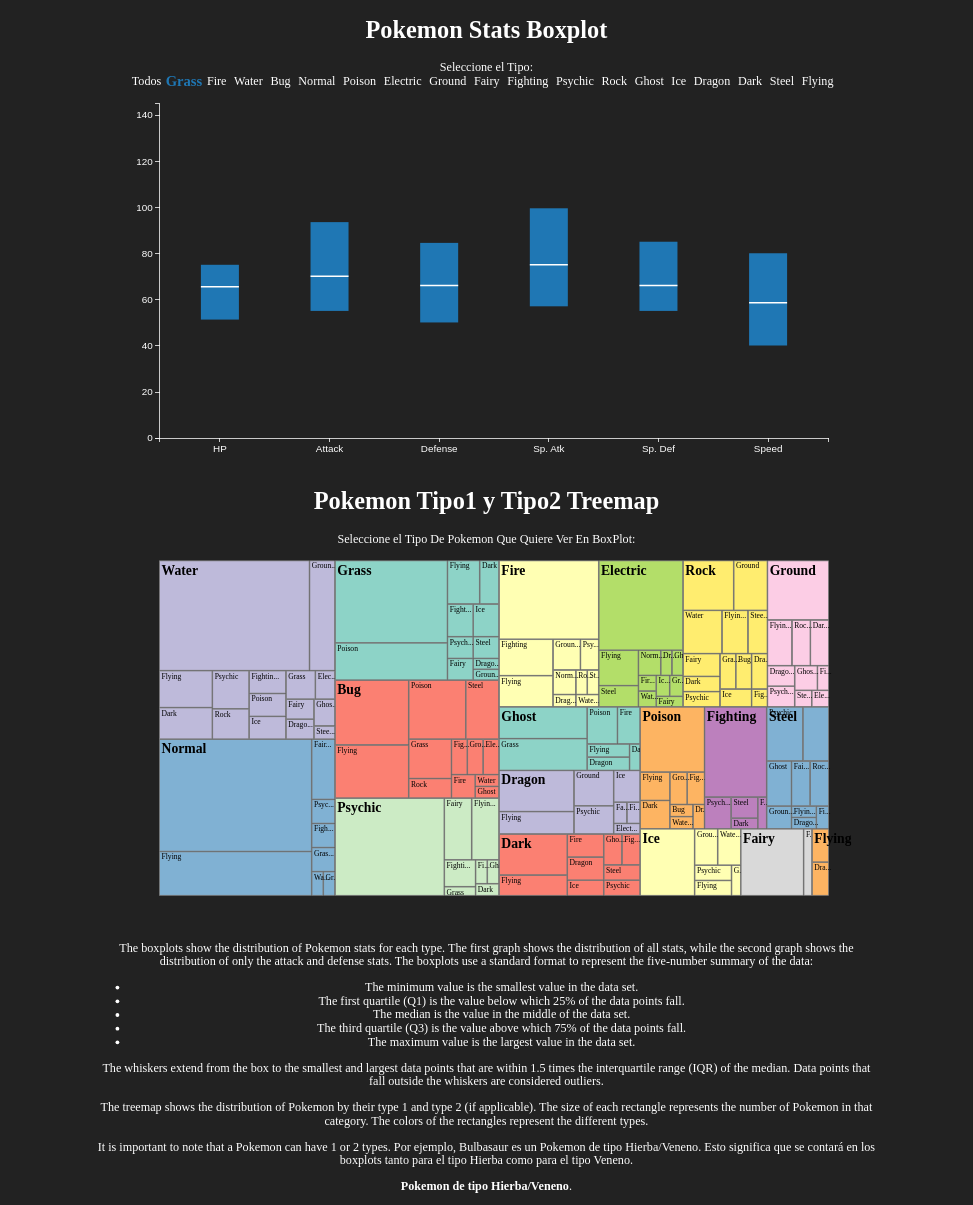
Repository: Cartterr/Proyecto-VisInfo
Page: Propuesta1_Tipos_Cajas.html
The author's editor kept a copy of each file at every save. The page is drawn from the files as they stood at one save, then again after the next save.
The browser window is 1280 px wide. The pictures show the whole page, at 76% of full size.

Above is the page before, as saved 2023-06-28 05:04:02.

After the next save:
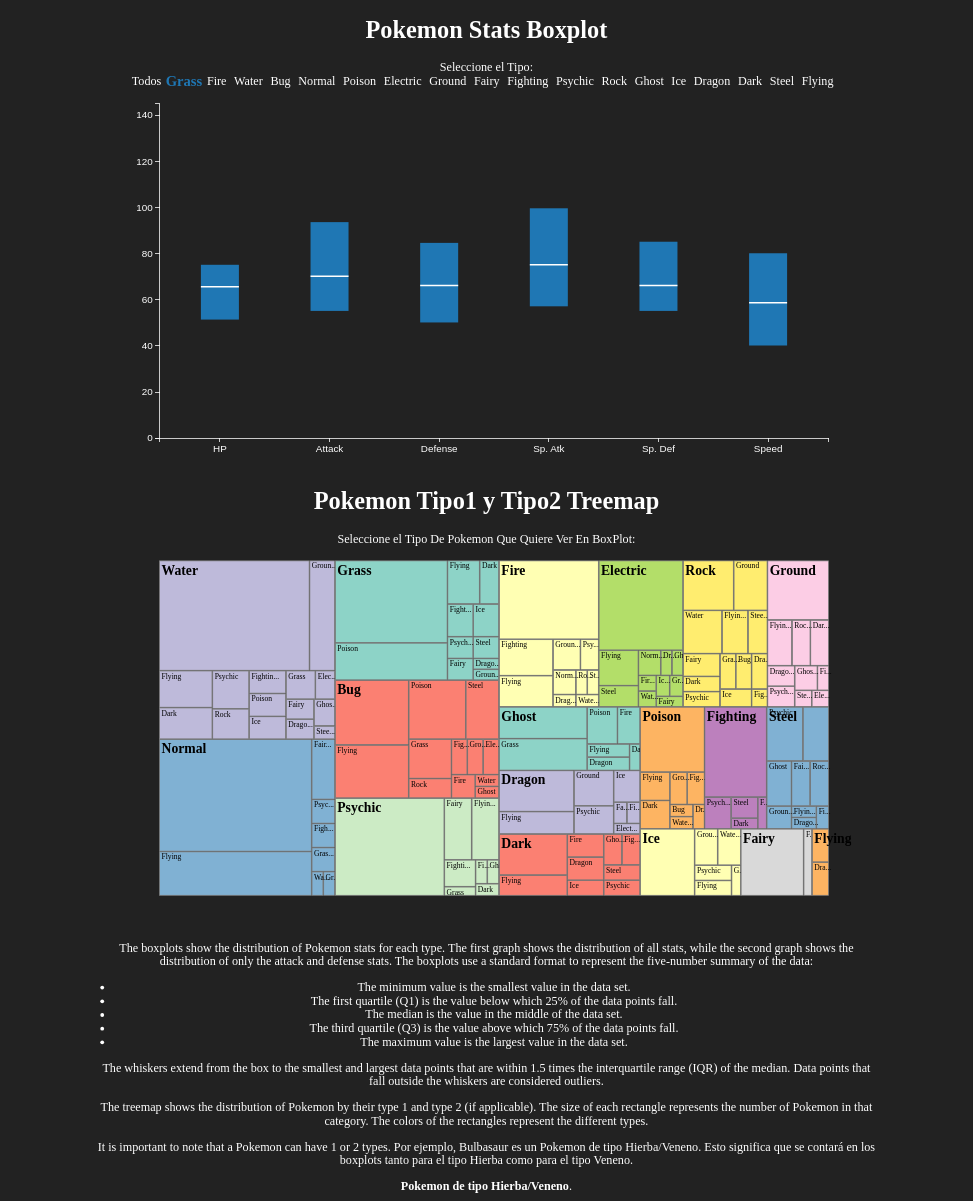
Saved 30 s later.
--- a/Propuesta1_Tipos_Cajas.css
+++ b/Propuesta1_Tipos_Cajas.css
@@ -104,3 +104,30 @@
     font-weight: bold;
     background-color: yellow; /* Adjust the background color as needed */
   }
+
+  <style>
+  #description {
+      text-align: justify;
+      padding: 20px;
+      font-family: Arial, sans-serif;
+      font-size: 16px;
+      line-height: 1.5;
+  }
+
+  #description p {
+      margin-bottom: 10px;
+  }
+
+  #description ul {
+      margin-bottom: 10px;
+      padding-left: 20px;
+  }
+
+  #description li {
+      list-style-type: disc;
+  }
+
+  #description strong {
+      font-weight: bold;
+  }
+  </style>
